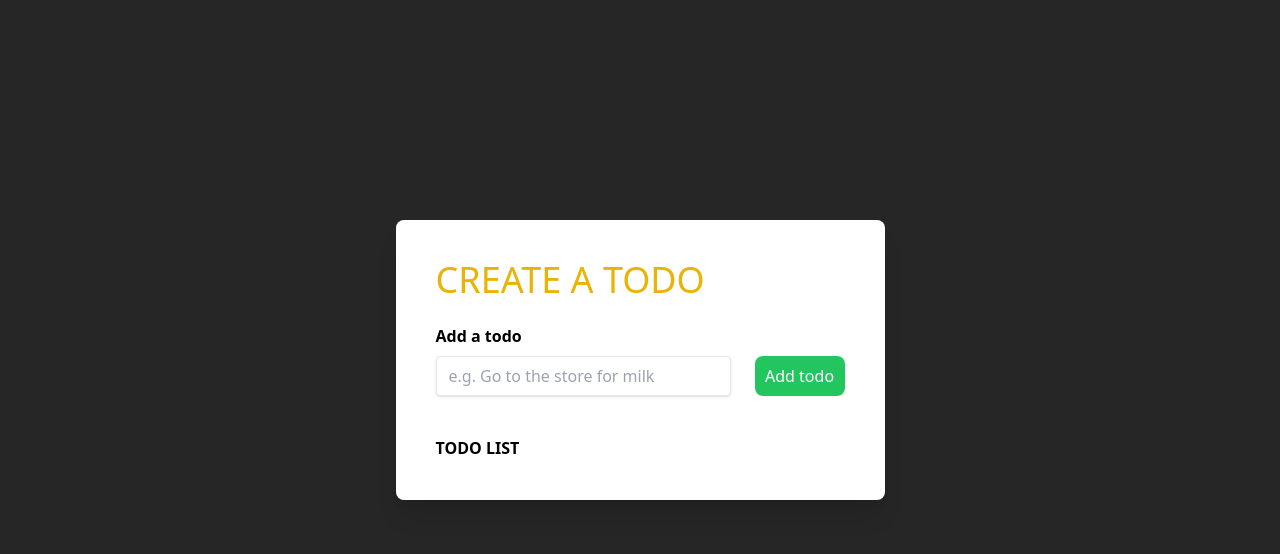
Repository: Kajo-lab/vue-todo
Page: /
An editor plug-in stored every save of this project. The page is shown before and after the next save, followed by the edit.
The browser window is 1280 px wide. The pictures show the whole page.
The project was rebuilt for these pictures with package versions that can differ from the ones it lists, and the page was loaded fresh each time. Also part of the build but not shown: vite.config.js, webpack.config.js.

Above is the page before, as saved 2022-07-07 17:37:58.

After the next save:
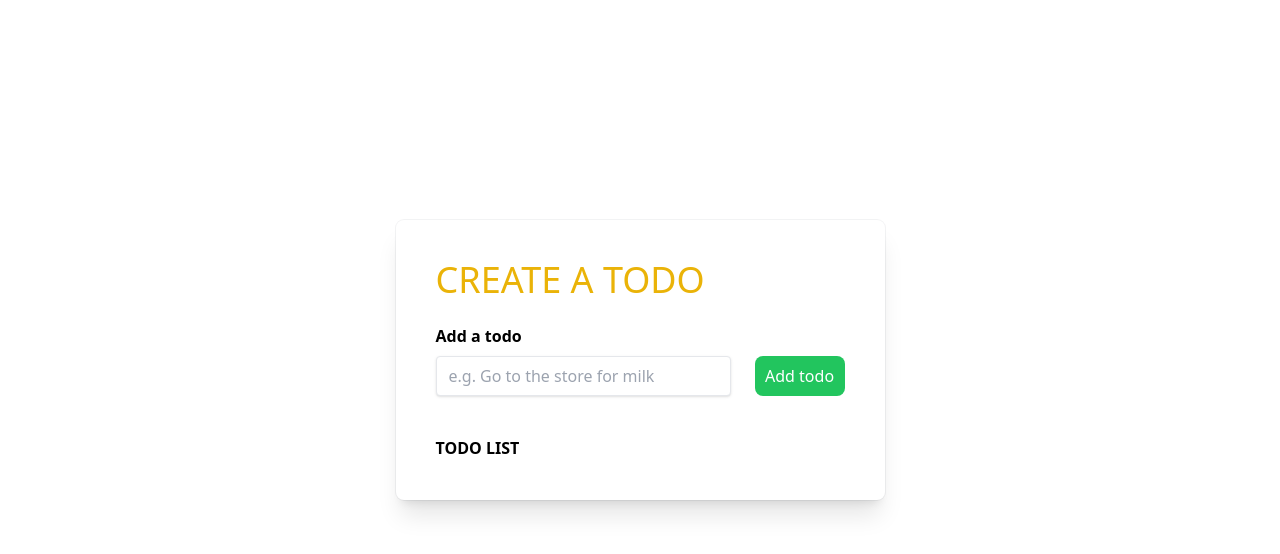
Saved 63 s later.
--- a/src/App.vue
+++ b/src/App.vue
@@ -47,7 +47,7 @@ onMounted(() => {
 
 <template>
 
-<main class="relative flex min-h-screen flex-col justify-center overflow-hidden bg-neutral-800 py-6 sm:py-12">
+<main class="relative flex min-h-screen flex-col justify-center overflow-hidden test1 py-6 sm:py-12">
 	<div class="relative bg-white px-6 pt-10 pb-8 shadow-xl ring-1 ring-gray-900/5 sm:mx-auto sm:max-w-lg sm:rounded-lg sm:px-10">
 		<section class="mb-10">
 		<h1 class="text-4xl text-yellow-500 mb-6">CREATE A TODO</h1>
@@ -92,6 +92,8 @@ onMounted(() => {
 
 <style src="./assets/tailwind.css">
 
-
+.test1 {
+	background-color: bisque;
+}
 
 </style>
